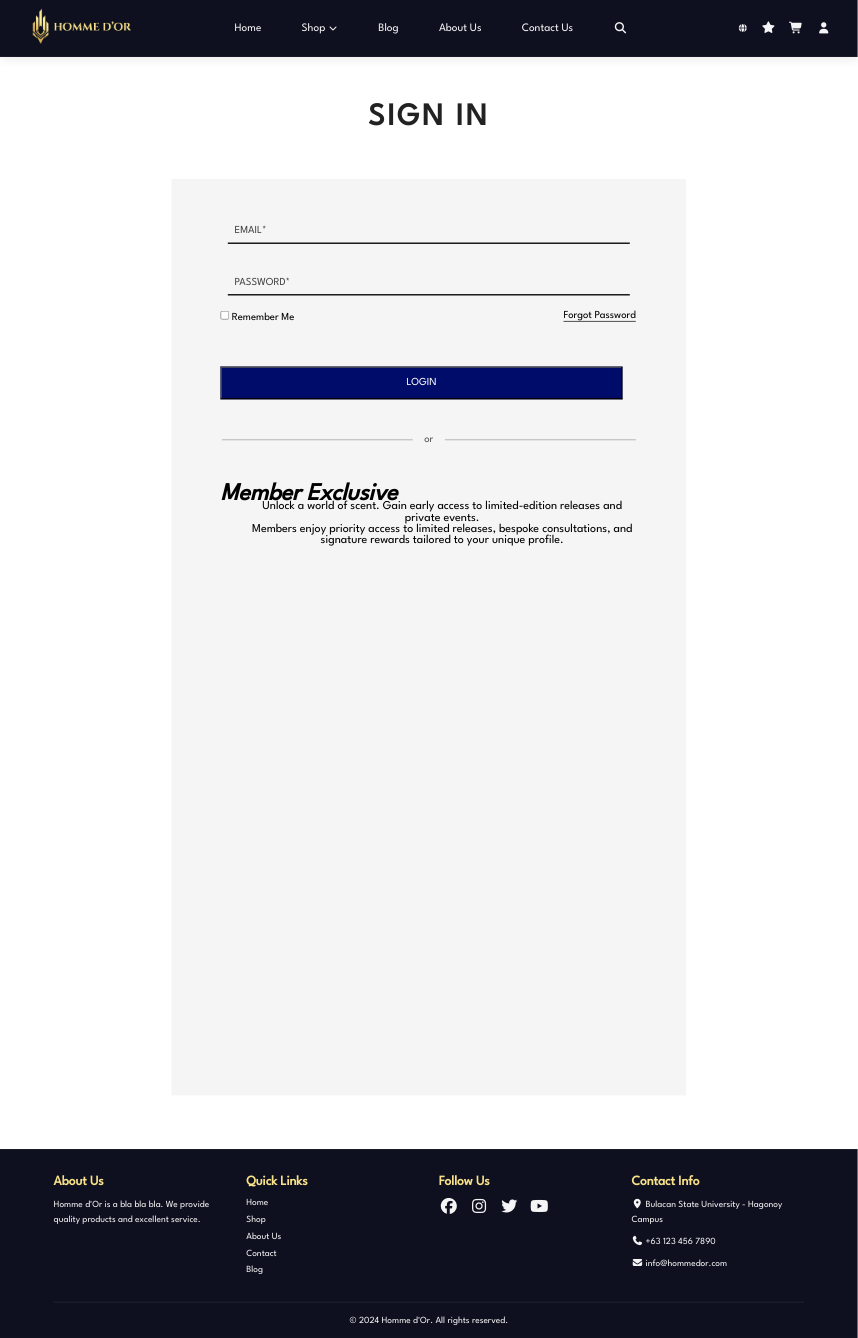
Repository: Izy-Blinken/Homme-d-Or
Page: http://localhost/Homme_dor/pages/login.php?country=ph
These files come from the project's save history. The page is drawn as it stood at one moment and after a run of saves; the edit follows.
The browser window is 1280 px wide. The pictures show the whole page, at 67% of full size.
The page is run by PHP 8.4 with error messages shown; the project is at /var/www/html/.

Above is the page before, as saved 2026-01-24 22:56:48.

### pages/login.php
<!DOCTYPE html>
<html>
    <head>
        <title>Sign Up</title>
        <link rel="stylesheet" href="../assets/icons/fontawesome/css/all.min.css">
        <link rel="stylesheet" href="../assets/css/style.css">
    </head>

    <body>

        <?php include '../components/header.php'; ?>

        <main>
            <div class="signupTitle">
                <h2><b>SIGN IN</b></h2>
            </div>

            <div class="signupContainerlog">

                <div class="inputGrouplog">
                    <input type="email" required>
                    <label>EMAIL*</label>
                </div>

                <div class="inputGrouplogPas">
                    <input type="password" required>
                    <label>PASSWORD*</label>
                </div>

                <div class="inputGroupCheckboxlog">
                    <input type="checkbox" required>
                    <label> Remember Me</label>

                </div>

                <div class="forgotP">
                    <a href="forgotP.php">Forgot Password</a>

                </div>


                <div class="logBtn">
                    <button>LOGIN</button>

                </div>

                <div class="orContainer">
                    <div class="line1"></div>
                    <div class="line2"></div>

                    <p>or</p>

                    <h2><i><b>Member Exclusive</b></i></h2>

                    <div class="logParagraph">
                        <p>Unlock a world of scent. Gain early access to
                        limited-edition releases and private events.<br>
                        Members enjoy priority access to limited releases, bespoke consultations, and<br>
                        signature rewards tailored to your unique profile.</p>
                    </div>


                </div>

            </div>
        </main>

        <?php include '../components/footer.php'; ?>

    </body>
</html>

### components/header.php
<?php
$currentPage = basename($_SERVER['PHP_SELF']);
?>

<section id="header">
    <a href="index.php">
        <img src="../assets/images/brand_images/prodLogo.png" class="logo" alt="Brand Logo">
    </a>

    <div class="nav-wrapper">
        <ul id="navbar">
            <li><a class="<?php echo ($currentPage == 'index.php') ? 'active' : ''; ?>" href="index.php">Home</a></li>
            <li class="dropdown">
                <a >
                    Shop <i class="fa-solid fa-chevron-down"></i>
                </a>
                <ul class="dropdown-menu">
                    <li><a href="shop.php?category=sale">Sale</a></li>
                    <li><a href="shop.php?category=new-arrival">New Arrival</a></li>
                    <li><a href="shop.php?category=top-picks">Top Picks</a></li>
                    <li><a href="shop.php?category=daily-wear">Daily Wear</a></li>
                    <li><a href="shop.php?category=premium">Premium</a></li>
                </ul>
            </li>
            <li><a class="<?php echo ($currentPage == 'blog.php') ? 'active' : ''; ?>" href="blog.php">Blog</a></li>
            <li><a class="<?php echo ($currentPage == 'AboutUs.php') ? 'active' : ''; ?>" href="AboutUs.php">About Us</a></li>
            <li><a class="<?php echo ($currentPage == 'ContactUs.php') ? 'active' : ''; ?>" href="ContactUs.php">Contact Us</a></li>
            <li><a href="search.php"><i class="fa-solid fa-search"></i></a></li>
        </ul>

        <ul id="navbar-right">
        <li class="dropdown country-dropdown">
            <a href="#">
                <i class="fa-solid fa-globe"></i>
            </a>
            <ul class="dropdown-menu country-menu">
                <li><a href="?country=ph"><span class="flag">🇵🇭</span> Philippines</a></li>
                <li><a href="?country=jp"><span class="flag">🇯🇵</span> Japan</a></li>
                <li><a href="?country=cn"><span class="flag">🇨🇳</span> China</a></li>
                <li><a href="?country=fr"><span class="flag">🇫🇷</span> France</a></li>
            </ul>
        </li>
        <li><a class="<?php echo ($currentPage == 'wishlist.php') ? 'active' : ''; ?>"href="wishlist.php"><i class="fa-solid fa-star"></i></a></li>
            <li><a class="<?php echo ($currentPage == 'cart.php') ? 'active' : ''; ?>" href="cart.php"><i class="fa-solid fa-shopping-cart"></i></a></li>
            <li><a class="<?php echo ($currentPage == 'profile.php') ? 'active' : ''; ?>" href="profile.php"><i class="fa-solid fa-user"></i></a></li>
        </ul>
    </div>
</section>

### components/footer.php
<footer id="footer">
    <div class="footer-content">
        <div class="footer-section">
            <h3>About Us</h3>
            <p>Homme d'Or is a bla bla bla. We provide quality products and excellent service.</p>
        </div>

        <div class="footer-section">
            <h3>Quick Links</h3>
            <ul>
                <li><a href="index.php">Home</a></li>
                <li><a href="shop.php">Shop</a></li>
                <li><a href="AboutUs.php">About Us</a></li>
                <li><a href="ContactUs.php">Contact</a></li>
                <li><a href="blog.php">Blog</a></li>
            </ul>
        </div>

        <div class="footer-section">
            <h3>Follow Us</h3>
            <div class="social-icons">
                <a href="#"><i class="fa-brands fa-facebook"></i></a>
                <a href="#"><i class="fa-brands fa-instagram"></i></a>
                <a href="#"><i class="fa-brands fa-twitter"></i></a>
                <a href="#"><i class="fa-brands fa-youtube"></i></a>
            </div>
        </div>

        <div class="footer-section">
            <h3>Contact Info</h3>
            <p><i class="fa-solid fa-location-dot"></i> Bulacan State University - Hagonoy Campus</p>
            <p><i class="fa-solid fa-phone"></i> +63 123 456 7890</p>
            <p><i class="fa-solid fa-envelope"></i> info@hommedor.com</p>
        </div>
    </div>

    <div class="footer-bottom">
        <p>&copy; 2024 Homme d'Or. All rights reserved.</p>
    </div>
</footer>

Loaded but not shown: assets/icons/fontawesome/css/all.min.css (library); assets/css/style.css (1868 lines, source omitted)

After the next 3 saves:
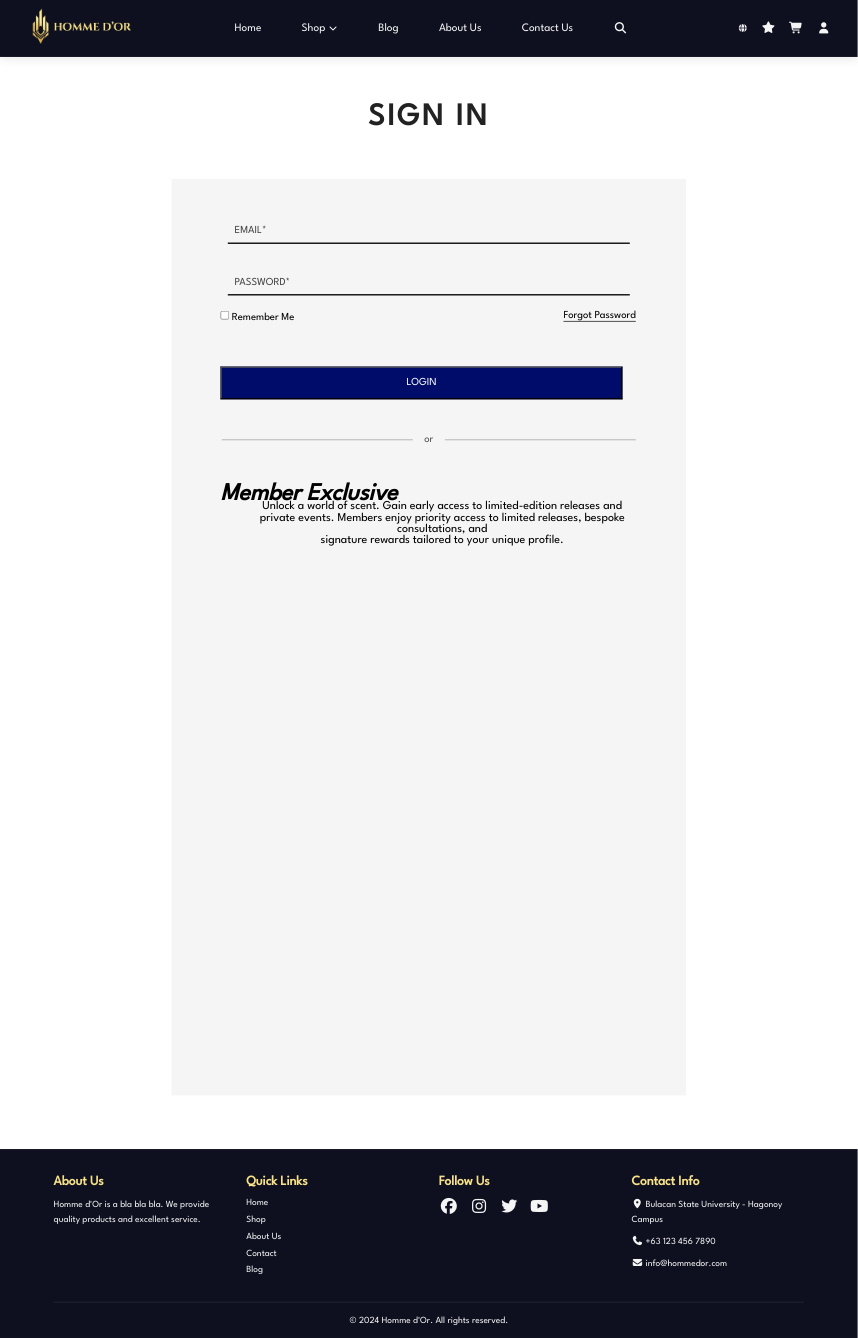
The 3 saves are shown as one change because they came seconds apart.
The last was saved 30 s later.
--- a/pages/login.php
+++ b/pages/login.php
@@ -54,7 +54,7 @@
 
                     <div class="logParagraph">
                         <p>Unlock a world of scent. Gain early access to
-                        limited-edition releases and private events.<br>
+                        limited-edition releases and private events.
                         Members enjoy priority access to limited releases, bespoke consultations, and<br>
                         signature rewards tailored to your unique profile.</p>
                     </div>
